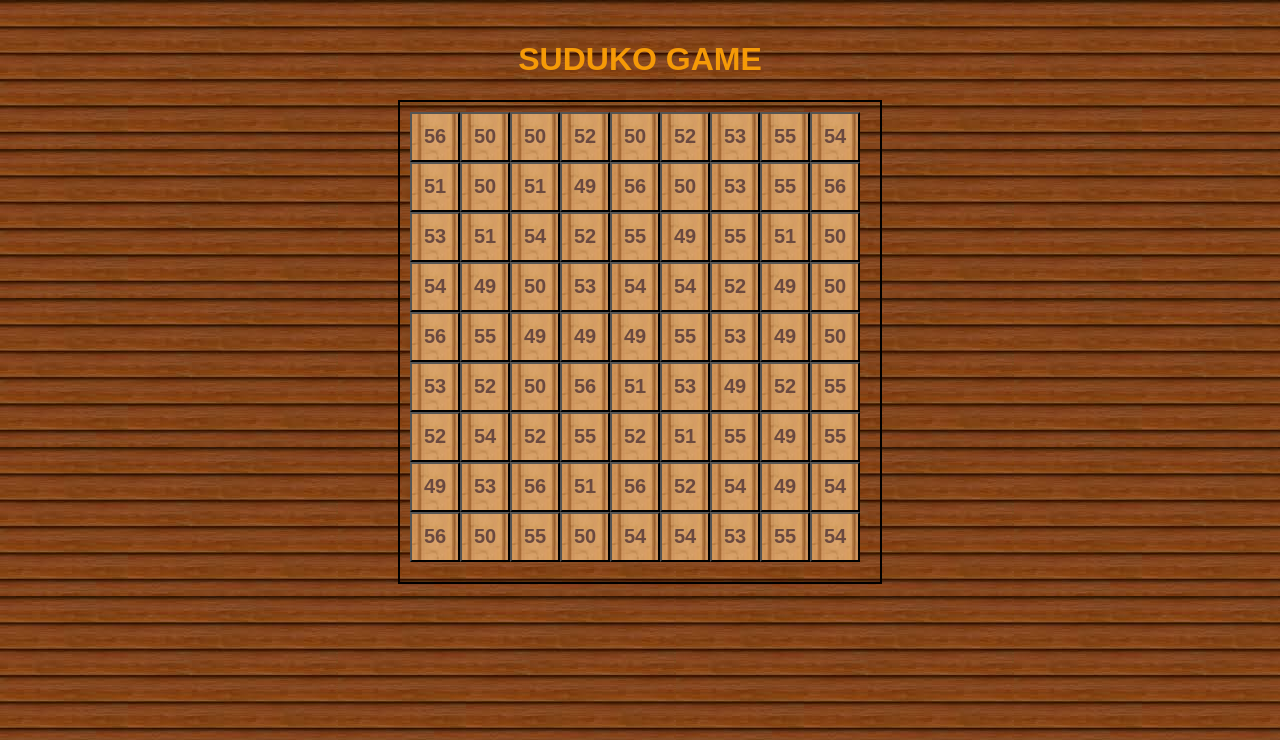
Repository: ahmad8969/Suduko-Game-React-App
Page: /
An editor plug-in stored every save of this project. The page is shown before and after the next save, followed by the edit.
The browser window is 1280 px wide. The pictures show the whole page.
Some web fonts or font styles are not loaded; a fallback is used. The project was rebuilt for these pictures with package versions that can differ from the ones it lists, and the page was loaded fresh each time.

Above is the page before, as saved 2021-03-04 14:45:08.

### src/index.js
import React from 'react';
import ReactDOM from 'react-dom';
import './index.css';
import Board from './board';
import reportWebVitals from './reportWebVitals';

ReactDOM.render(
  <React.StrictMode>
    <Board />
  </React.StrictMode>,
  document.getElementById('root')
);

// If you want to start measuring performance in your app, pass a function
// to log results (for example: reportWebVitals(console.log))
// or send to an analytics endpoint. Learn more: https://bit.ly/CRA-vitals
reportWebVitals();

### src/board.js
import React  from 'react';   //{useState}
import './App.css';
import Block from './components/block'
import NineBlock from './components/nineBlockComponent';


function Board () {
  const nine_block_Element_into_Nine = [1,2,3,4,5,6,7,8,9];
  const single_block_Into_Nine = [1,2,3,4,5,6,7,8,9];

  const Click = (idOfSpecificButton,i,j) =>{
    console.log(idOfSpecificButton.target.value)
    document.getElementById(idOfSpecificButton).style.color="green"
    XaxisSelection(i);
    YaxisSelection(j);
    DiagonalSelectionUpward(idOfSpecificButton);
    DiagonalSelectionDownward(idOfSpecificButton);
    DiagonalSelectionDownwardLeftDown(idOfSpecificButton);
    DiagonalSelectionUpwardLeftUp(idOfSpecificButton);
  }
  const XaxisSelection = (i)=>{
    for(let xAxis= 0; xAxis<=8; xAxis++){
      let creatId= i+ xAxis;
      document.getElementById(creatId).style.color="green"
    }
  }

  const YaxisSelection = (i)=> {
    for(let xAxis1= 0; xAxis1<=8; xAxis1++){
      let creatId=  xAxis1 +i;

      document.getElementById(creatId).style.color="green"
    }
  }

  const DiagonalSelectionUpward = (selectedId)=>{
  let array_of_length= nine_block_Element_into_Nine.length;
  console.log(array_of_length);
  console.log(typeof(array_of_length));
  let get_the_id_of_current_box= parseInt(selectedId);
  console.log(get_the_id_of_current_box);
    for(let hello=get_the_id_of_current_box; hello>=0; hello-=array_of_length){
      if(hello<=9){
        var concatination = 0+`${hello}`;
        document.getElementById(concatination).style.color="green";
      } else if(hello==19 || hello==29 || hello==39 || hello==49 || hello==59 || hello==69 || hello==79){
        return;
      }
      else{
        document.getElementById(hello).style.color="green";
      }

    }
  }
        const DiagonalSelectionUpwardLeftUp = (selectedId)=>{
          let array_of_length= 2 + nine_block_Element_into_Nine.length;
          console.log(array_of_length);
          console.log(typeof(array_of_length));
          let get_the_id_of_current_box= parseInt(selectedId);
          console.log(get_the_id_of_current_box);
            for(let hello=get_the_id_of_current_box; hello>=0; hello-=array_of_length){
              if(hello<=9){
                return;
                // var concatination = 0+`${hello}`;
                // document.getElementById(concatination).style.color="green";
              } else if( hello==9 || hello==19 || hello==29 || hello==39 || hello==49 || hello==59 || hello==69 || hello==79){
                return;
              }
              else{
                document.getElementById(hello).style.color="green";
              }

            }
          }


        const DiagonalSelectionDownward= (selectedId)=>{
          let array_of_length= nine_block_Element_into_Nine.length;
          console.log(array_of_length);
          console.log(typeof(array_of_length));
          let get_the_id_of_current_box= parseInt(selectedId);
          console.log(get_the_id_of_current_box);
    for(let hello=get_the_id_of_current_box; hello<=88; hello+=array_of_length){
      if(hello==0){
        return;
      }
      else if(hello<=9){
        var concatination = 0+`${hello}`;
        document.getElementById(concatination).style.color="green";
      } else if(hello==19 || hello==29 || hello==39 || hello==49 || hello==59 || hello==69 || hello==79){
        return;
      }
      else{
        document.getElementById(hello).style.color="green";
      }

    }
        }
        const DiagonalSelectionDownwardLeftDown= (selectedId)=>{
          let array_of_length= 2 +  nine_block_Element_into_Nine.length;
  console.log(array_of_length);
  console.log(typeof(array_of_length));
  let get_the_id_of_current_box= parseInt(selectedId);
  console.log(get_the_id_of_current_box);
    for(let hello=get_the_id_of_current_box; hello<=88; hello+=array_of_length){
      if(hello==0){
        return;
      }
      else if(hello<=9){
        var concatination = 0+`${hello}`;
        document.getElementById(concatination).style.color="green";
      } else if(hello==19 || hello==29 || hello==39 || hello==49 || hello==59 || hello==69 || hello==79){
        return;
      }
      else{
        document.getElementById(hello).style.color="green";
      }

    }
        }
        const gettingRandomNumber = () => {
          let random = Math.floor(Math.random() * (49 - 57)) + 57;
          return random;
        }



  return (

    <div className="App">
    <h1>SUDUKO GAME </h1>
    <div className="board_nine_block_Style">
    {nine_block_Element_into_Nine.map((s,i)=>{
      return(
      <div>
      <NineBlock id={i}>
        {single_block_Into_Nine.map((s,j)=>


          <Block rowId={i} values={gettingRandomNumber()} click={(e)=>{Click(`${i}${j}`,`${i}`,`${j}`)}} colId={j} keys={`${i}${j}`}></Block>

        )}

      </NineBlock>
      </div>
      )
    })
    }
    </div>
    </div>
  );
}

export default Board;

### src/App.css
@import url('http://fonts.cdnfonts.com/css/game');
.App {
  text-align: center;
  background-image: url('images/download.jpg');
  color:rgb(245, 154, 7);
  padding-top:20px;
  font-family: 'GAME', sans-serif;
  /* display: flex; */
   height: 100vh !important;
  /* width: 490px !important; */
  margin: 0 auto;

}

.board_nine_block_Style{
  height: 460px !important;
  width: 460px !important;
  border:2px solid black !important;
  padding: 10px;
  margin:  auto !important;
  /* display: flex; */
  /* grid-column-gap: 0px !important;
  grid-row-gap: 0px !important;
  grid-template-columns:repeat(3,1fr)!important; */
}
.heading{
  color: white;
  text-align:center;
  padding-top:50px!important;
  /* margin-top: 10px!important; */
  font-size: 30px;

}


/* @keyframes App-logo-spin {
  from {
    transform: rotate(0deg);
  }
  to {
    transform: rotate(360deg);
  }
} */

### src/components/block.js
import React from 'react';
import './block.css'


const Block = (props)=>{
    var uniqueId = `${props.rowId}`+ `${props.colId}` ;
return(
    <div className="button_block">
    <button id={props.keys} onClick={props.click}> {props.values}</button>
    </div>

)
}

export default Block;

### src/components/nineBlockComponent.js
import React from 'react';
import Block from './block'
import './block.css'

const NineBlockBox = (props) =>{

    return (
        <div className="nine_block_Style">
            {props.children}
        </div>
    )
}
export default NineBlockBox;




// {single_block_Into_Nine.map((s,i)=>{
//     let random = Math.floor(Math.random() * (49 - 57)) + 57;
//     const character = String.fromCharCode(random);

//   return(
//     <div>
//       {/* <Block keyId={i} boardId={props.id}  number={character}/> */}
//       {props.children}
//       </div>
//   )
//   })}

### src/components/block.css
.button_block button{
    height: 50px !important;
    width: 50px !important;
    background-image: url('../images/wood.jpg');
    /* background-color: aquamarine !important; */
    margin: 0!important;
    font-size: 20px!important;
    font-weight:600;
    /* color:rgb(109,84,62); */
    color: #6a4940;
}
.nine_block_Style{
    /* height: 150px !important;
    width: 150px !important; */
    /* border:2px solid rgb(245, 154, 7) !important; */
    display: flex;
    /* margin: auto!important; */

    /* grid-template-columns:repeat(3,1fr)!important;
    grid-column-gap: 0px !important;
    grid-row-gap: 0px !important; */
}
.button_block1{
    height: 40px !important;
    width: 40px !important;
    background-image: url('../images/wood.jpg');
    /* background-color: aquamarine !important; */
    margin: 0!important;
    font-size: 20px!important;
    font-weight:600;
    /* border:2px solid black; */
    /* color:rgb(109,84,62); */
    color: #6a4940;
}

Loaded but not shown: public/index.html (common file); src/index.css (common file); src/reportWebVitals.js (common file)

After the next save:
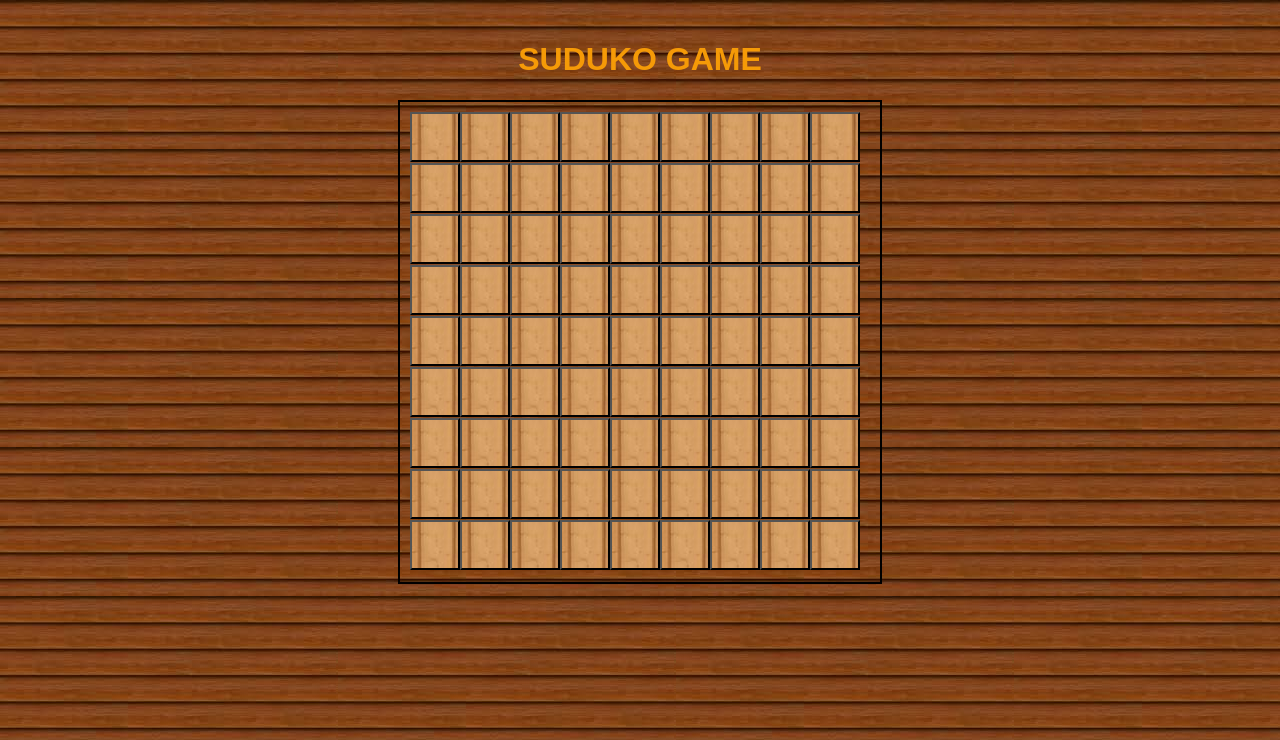
Saved 15 s later.
--- a/src/components/block.js
+++ b/src/components/block.js
@@ -6,7 +6,7 @@ const Block = (props)=>{
     var uniqueId = `${props.rowId}`+ `${props.colId}` ;
 return(
     <div className="button_block">
-    <button id={props.keys} onClick={props.click}> {props.values}</button>
+    <button id={props.keys} onClick={props.click}> {props.value}</button>
     </div>
 
 )

After the save that followed:
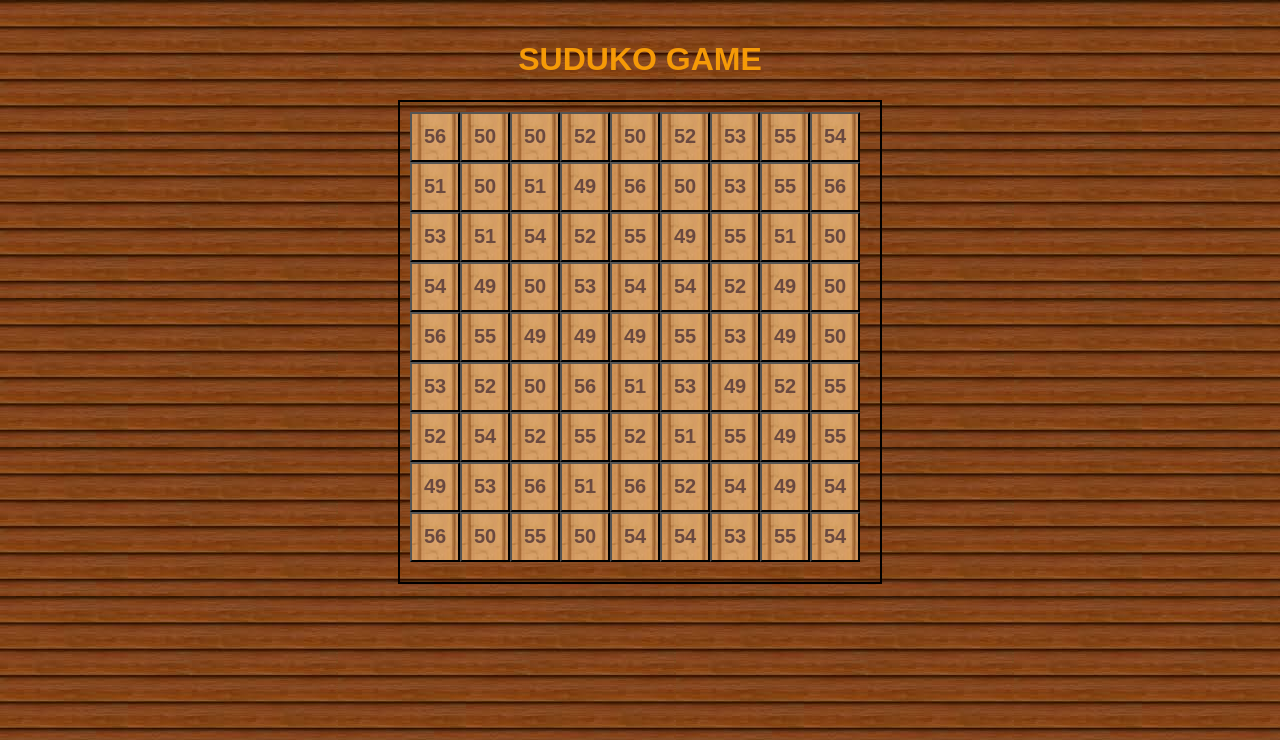
Saved 1 s later.
--- a/src/board.js
+++ b/src/board.js
@@ -137,7 +137,7 @@ function Board () {
         {single_block_Into_Nine.map((s,j)=>
 
 
-          <Block rowId={i} values={gettingRandomNumber()} click={(e)=>{Click(`${i}${j}`,`${i}`,`${j}`)}} colId={j} keys={`${i}${j}`}></Block>
+          <Block rowId={i} value={gettingRandomNumber()} click={(e)=>{Click(`${i}${j}`,`${i}`,`${j}`)}} colId={j} keys={`${i}${j}`}></Block>
 
         )}
 
